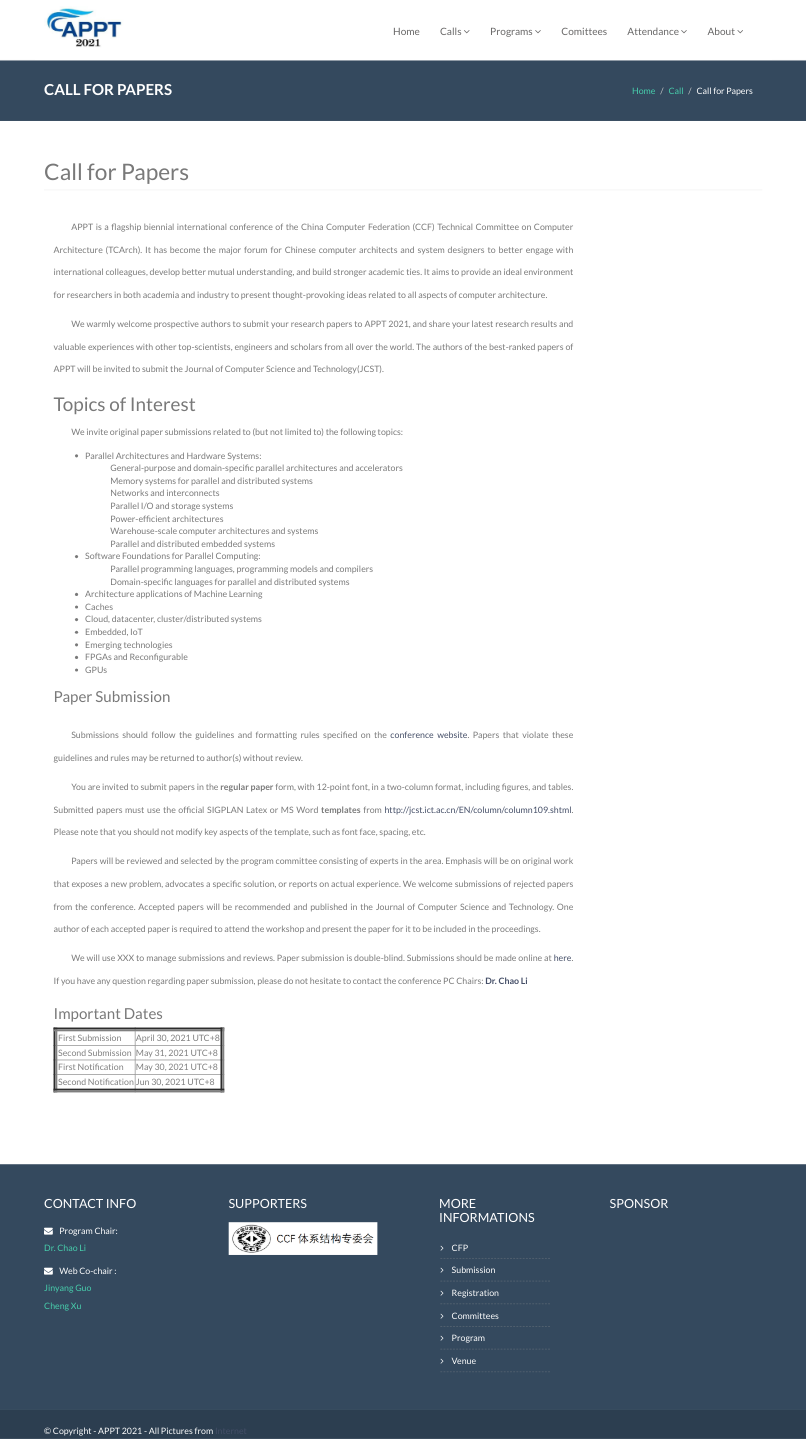
Repository: APPT2021/APPT2021.github.io
Page: call-papers.html
These files come from the project's save history. The page is drawn as it stood at one moment and after the next save; the edit follows.
The browser window is 1280 px wide. The pictures show the whole page, at 63% of full size.

Above is the page before, as saved 2021-03-25 00:32:39.
Console error: ReferenceError: jQuery is not defined

After the next save:
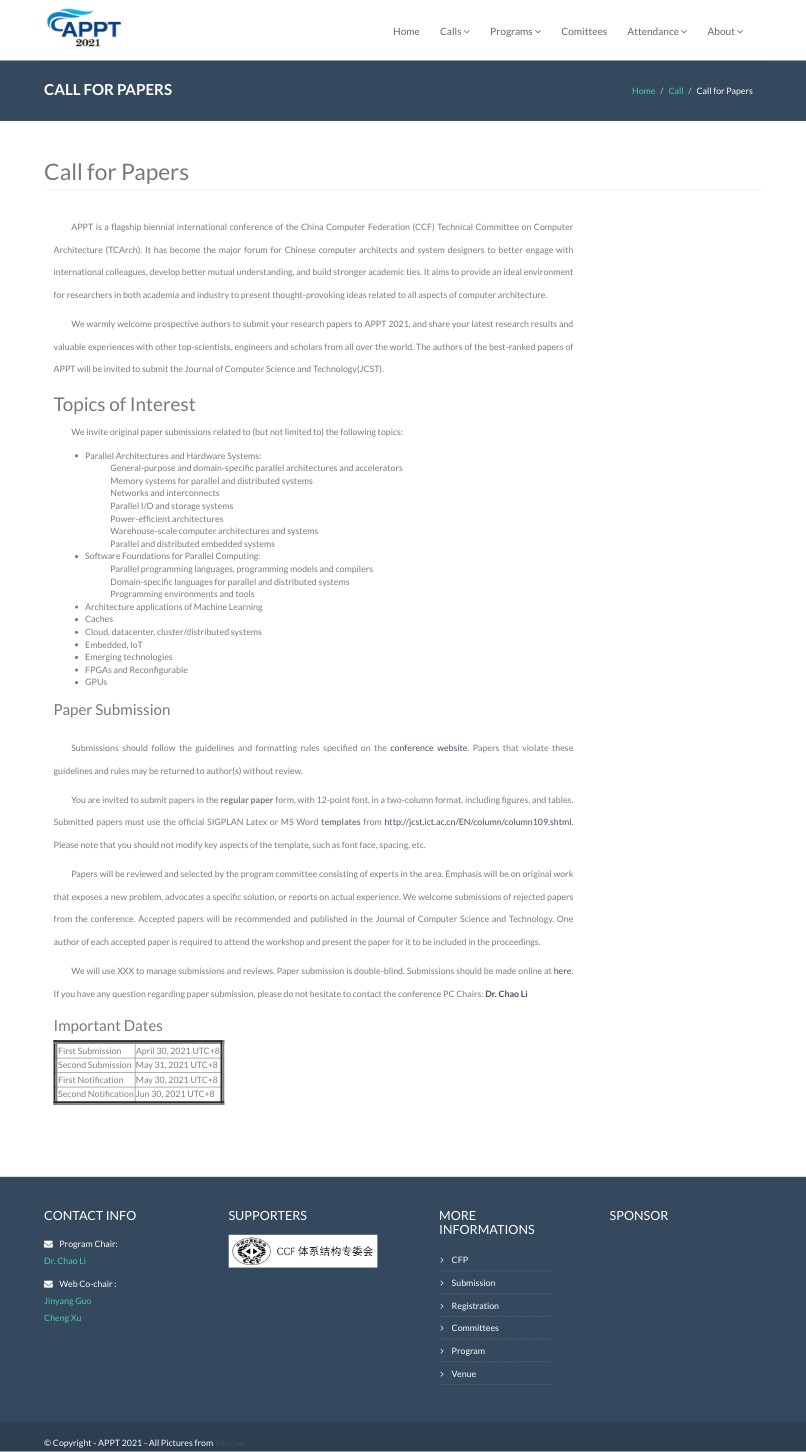
Saved 5 s later.
--- a/call-papers.html
+++ b/call-papers.html
@@ -104,7 +104,7 @@
 				Software Foundations for Parallel Computing:
 				<ol>Parallel programming languages, programming models and compilers</ol>
 				<ol>Domain-specific languages for parallel and distributed systems</ol>
-				<ol></ol>
+				<ol>Programming environments and tools</ol>
 				<ol></ol>
 				<ol></ol>
 				<ol></ol>
